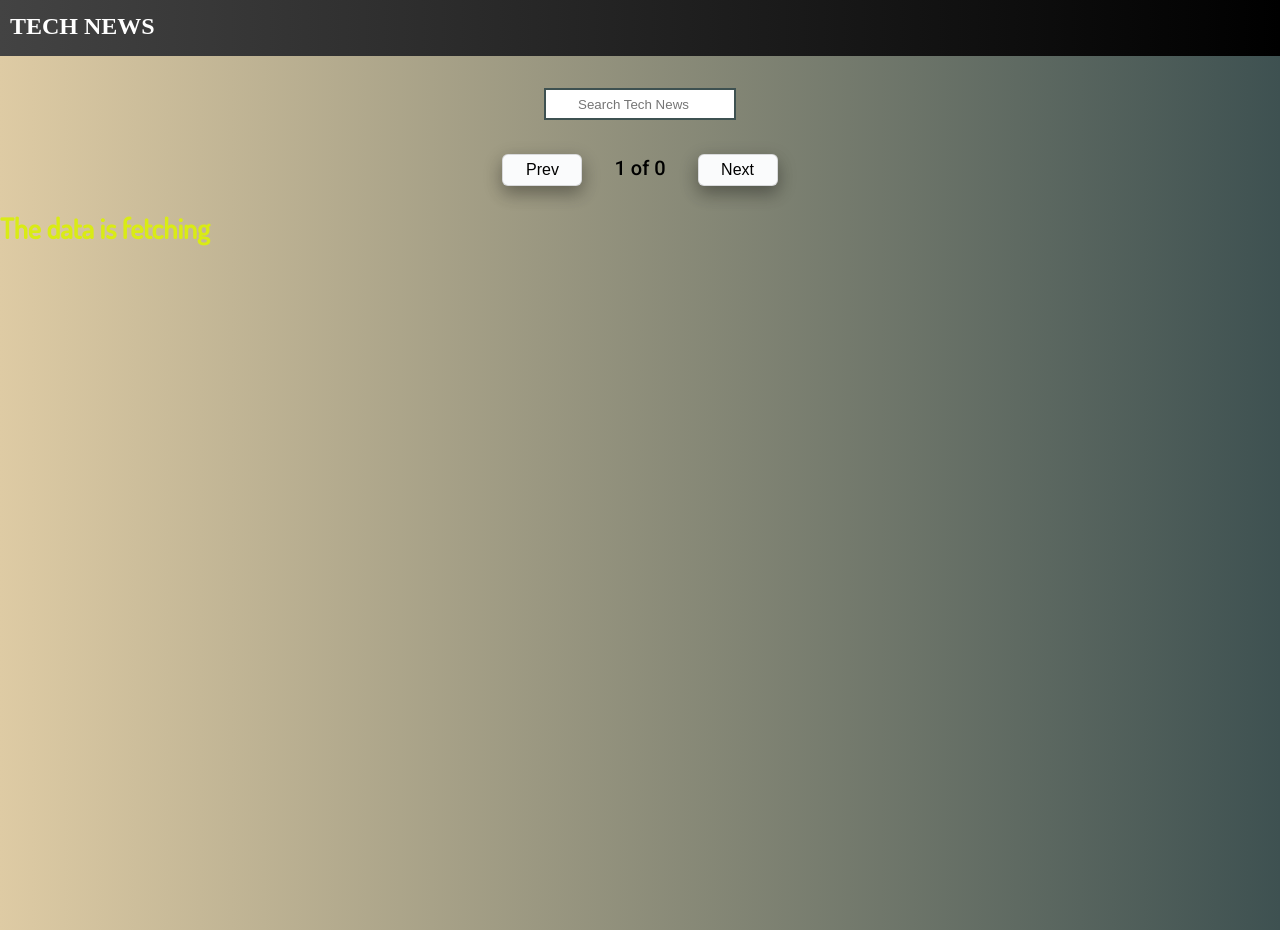
Repository: suraj-yadav7/TechNews
Page: /
The author's editor kept a copy of each file at every save. The page is drawn from the files as they stood at one save, then again after the next save.
The browser window is 1280 px wide. The pictures show the whole page.
The page's requests for data from a server got no answer. Some web fonts or font styles are not loaded; a fallback is used. The project was rebuilt for these pictures with package versions that can differ from the ones it lists, and the page was loaded fresh each time. No one was signed in, and anything a server would have sent is missing.

Above is the page before, as saved 2023-04-28 11:16:38.

### src/index.js
import React from 'react';
import ReactDOM from 'react-dom/client';
import App from './App';
import { AppProvider } from './context';

const root = ReactDOM.createRoot(document.getElementById('root'));
root.render(
  <React.StrictMode>
    <AppProvider>
    <App />
    </AppProvider>
  </React.StrictMode>
);

### src/App.js
import './App.css';
import Search from './components/Search';
import Stories from './components/Stories';

function App() {
  return (
      <>
      <Search/>
      <Stories />
      </>
  );
}

export default App;

### src/context.jsx
import {useContext, createContext, useEffect, useReducer} from "react"
import {reducer} from './reducer'

const AppContext = createContext();
let api = "https://hn.algolia.com/api/v1/search?";
const initial = {
    hits:[],
    page:0,
    nbPages:0,
    query:"",
    isLoading:true
}

const AppProvider = ({children})=>{

    const [state, dispatch] = useReducer(reducer, initial)

    const fetchApiData = async(url)=>{
        dispatch({
            type:"loadingData",
        })
        try{
            let fetchApi = await fetch(url)
            let data = await fetchApi.json()
            console.log(data)
            dispatch({
                type:"Get_Update",
                payload:{
                    hitNews:data.hits,
                    pg:data.page,
                    nbPg: data.nbPages
                }
            })
        }
        catch(error){
            console.log(error)
        }
        }

        //removing post
        const removePost = (objectID) =>{
                    dispatch({
                        type:"remove_post",
                        payload: objectID
                    })
        }

    //Search Post
    const searchPost = ((searchVal)=>{
        // searchVal.preventDefault()
        dispatch({
        type:"SEARCH_POST",
        payload: searchVal
        })
    })

    //Previous Page
    const prevPage=()=>{
        dispatch({
            type:"PREV_PAGE"
        })
    }
    const nextPage=()=>{
        dispatch({
            type:"NEXT_PAGE"
        })
    }
    useEffect(()=>{
         fetchApiData(`${api}query=${state.query}&&page=${state.page}`)

    },[state.query, state.page])


    return(
        <AppContext.Provider value= {{...state, removePost, searchPost,prevPage,nextPage}} >{children}</AppContext.Provider>
    )
};

//Custom hook to provide appContext and useContext

const useGlobalContext = ()=>{
    return useContext(AppContext)
}
export {AppContext,AppProvider, useGlobalContext}

### src/App.css

  @import url('https://fonts.googleapis.com/css2?family=Dosis:wght@400;500&family=Instrument+Serif&family=Roboto:wght@400;500&display=swap');


*{
  margin: 0;
  padding: 0;
  box-sizing: border-box;

}

/* Navbar */
  .navbar{
    width: 100%;
    height: 3.5rem;
    background-image: linear-gradient(to right, #434343 0%, black 100%);
    color:#fff;
  }
  .navbar>h1{
    padding-top:0.8rem ;
    margin: 0 10px;
  }

/* Search Div*/
.searchMain{
  display: flex;
  flex-direction: column;
  align-items: center;
  justify-content: center;
  gap:10px;
  background-image: linear-gradient(to right, #DECBA4, #3E5151);
  font: 500 20px "Roboto";

}
.searchInput{
  margin-top: 2rem ;
  width: 12rem;
  height: 2rem;
  text-align: center;
  outline-color: #434343;
  border: 2px solid #3E5151;
}
.pagination{
  margin: 0.5rem 0;
}
.pagination> button{
  width: 5rem;
  height: 2rem;
  font-size: 1rem;
  margin: 1rem 2rem;
  background-color: #FAFBFC;
  border: 1px solid rgba(27, 31, 35, 0.15);
  border-radius: 6px;
  box-shadow: 0 8px 16px 0 rgba(0,0,0,0.2), 0 6px 20px 0 rgba(0,0,0,0.19);
  cursor: pointer;
}
.pagination>button:hover {
  border-color: #646cff;
}


/* Stories */
/* Loading */
.Loading{
  height: 100vh;
  background-image: linear-gradient(to right, #DECBA4, #3E5151);
  font: 800 28px "Dosis";
  color:rgb(217, 235, 21);

}
.parentStory{
  display: flex;
  align-items: center;
  justify-content: center;
  flex-direction: column;
  gap: 1rem;
  background-image: linear-gradient(to right, #DECBA4, #3E5151);
 font: 400 20px "Dosis";
}

.stories{
  width: 50%;
  height: 12rem;
  display: flex;
  background-image: linear-gradient(to right, #434343 0%, black 100%);
  align-items: center;
  justify-content: center;
  flex-direction: column;
  color: white;
  text-align: center;
}
.stories> h3,p{
  margin: 1rem 0;
  /* padding-bottom: 4rem; */
  padding: 0 2rem;
  margin-bottom: 1.2rem;
}
.storiesButton{
  height: 2rem;
  display: flex;
  align-items: center;
  margin:0.5rem ;
}
.storiesButton >button, a>button{
  margin:0 5rem;
  border: 1px solid blue;
  background-color: aliceblue;
  color: black;
  border-radius: 10px;
  height: 2rem;
  width: 6rem;
  text-align:center;
  font-size: medium;
  box-shadow: 0 8px 16px 0 rgba(0,0,0,0.2), 0 6px 20px 0 rgba(0,0,0,0.19);
  cursor: pointer;
}
.storiesButton >button, a>button:hover {
  border-color: #646cff;
}

### src/components/Search.jsx
import React from 'react'
import { useGlobalContext } from '../context'

const Search = () => {
  const { query, searchPost, prevPage, nextPage, nbPages, page } = useGlobalContext()
  return (
    <>
    <nav className='navbar'>
      <h1>TECH NEWS</h1>
    </nav>
      <div className='searchMain'>
        <div className='formContainer'>
          <form onSubmit={(e) => e.preventDefault()}>
            <input className='searchInput' type="search" placeholder='Search Tech News' value={query} onChange={(e) => searchPost(e.target.value)}></input>
          </form>
        </div>
        <div className='pagination'>
          <button onClick={prevPage} >Prev</button>
          <span>{page + 1} of {nbPages}</span>
          <button onClick={nextPage} >Next</button>
        </div>
      </div>
    </>
  )
}

export default Search

### src/components/Stories.jsx
import React from 'react'
import { useGlobalContext } from '../context'

const Stories = () => {
  const { hits, isLoading, removePost } = useGlobalContext()



  if (isLoading) {
    return (
  <div className="Loading">
        <h4>The data is fetching</h4>
      </div>
    )
  }
  return (
    <>
      <div className='parentStory'>
        <h2>Latest Tech News</h2>
        {hits?.map((story) => {
          const { objectID } = story
          return (
            <>
              <div className='stories' key={objectID}>
                <h3>{story.title}</h3>
                <p>by <span>{story.author}</span>  | <span>comment: {story.num_comments} </span></p>
                  <div className="storiesButton">
                  <a href={story.url} target='_blank' rel="noreferrer"><button >Read More</button></a>
                  <button onClick={() => removePost(objectID)} >Remove</button>
                </div>
              </div>
            </>)
        })}
      </div>
    </>
  )
}

export default Stories

### src/reducer.jsx

const reducer = (state,action) =>{
    switch(action.type){
        case"loadingData" : return{
            ...state,
            isLoading: true

        } ;
        case "Get_Update":
            return{
                ...state,
                isLoading:false,
                hits:action.payload.hitNews,
                nbPages:action.payload.nbPg
            }

        case "remove_post":
            return{
                ...state, hits: state.hits.filter((post)=> post.objectID !== action.payload)
            }

        case "SEARCH_POST":
            return{
                    ...state, query: action.payload
            }

        case "PREV_PAGE":
            let pageNum=state.page-1
            if(pageNum<=0){
                pageNum=0
            }
            return{
                 ...state,
                    page:pageNum
                }


        case "NEXT_PAGE":
            let pageNum2= state.page+1
            if(pageNum2>=50){
                pageNum2=0
            }

            return{
                ...state,
                page:pageNum2
            }

    }
    return state
}
export {reducer};

Loaded but not shown: public/index.html (common file)

After the next save:
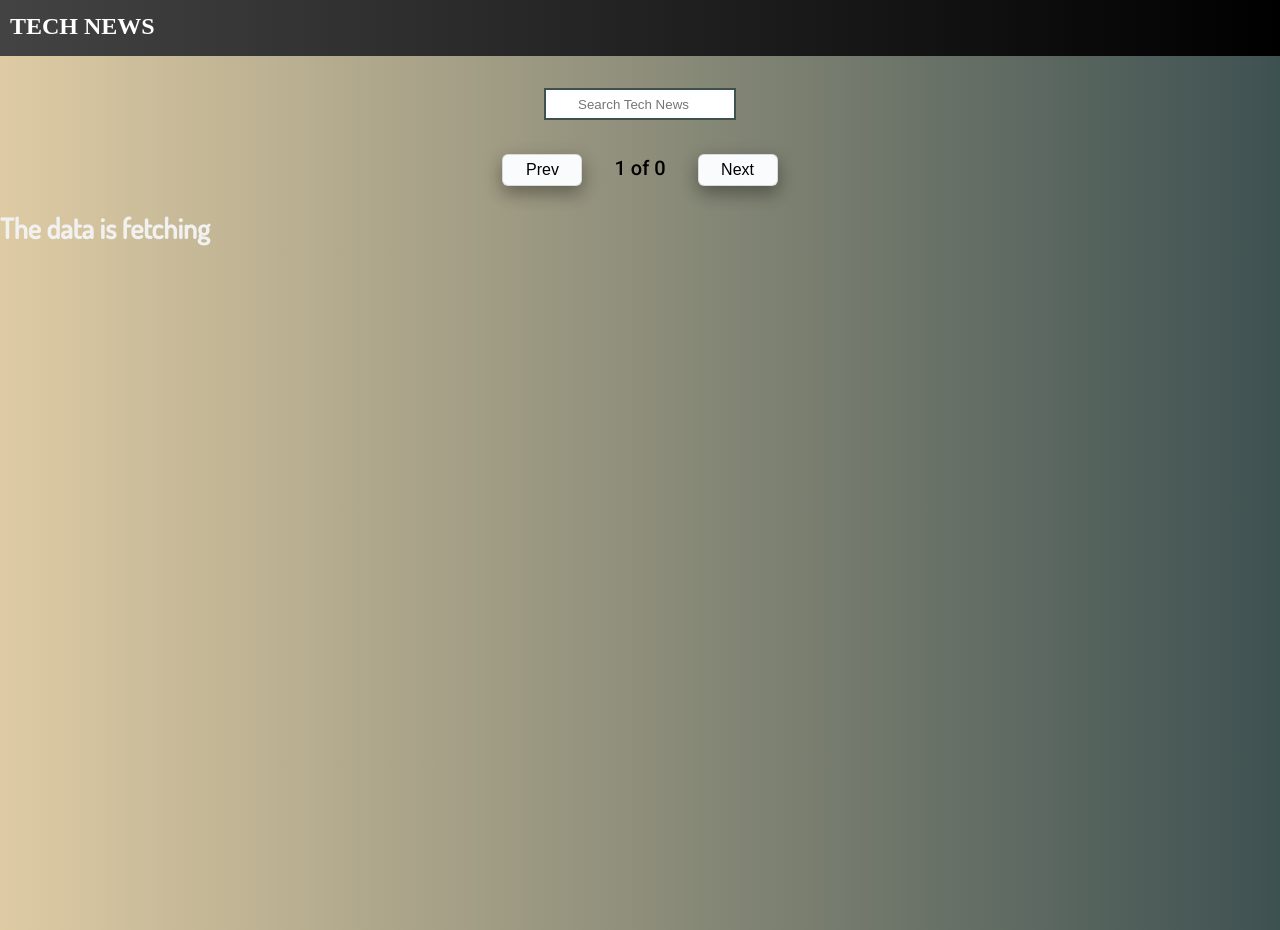
Saved 7 s later.
--- a/src/App.css
+++ b/src/App.css
@@ -65,7 +65,7 @@
   height: 100vh;
   background-image: linear-gradient(to right, #DECBA4, #3E5151);
   font: 800 28px "Dosis";
-  color:rgb(217, 235, 21);
+  color:rgb(241, 241, 240);
 
 }
 .parentStory{
